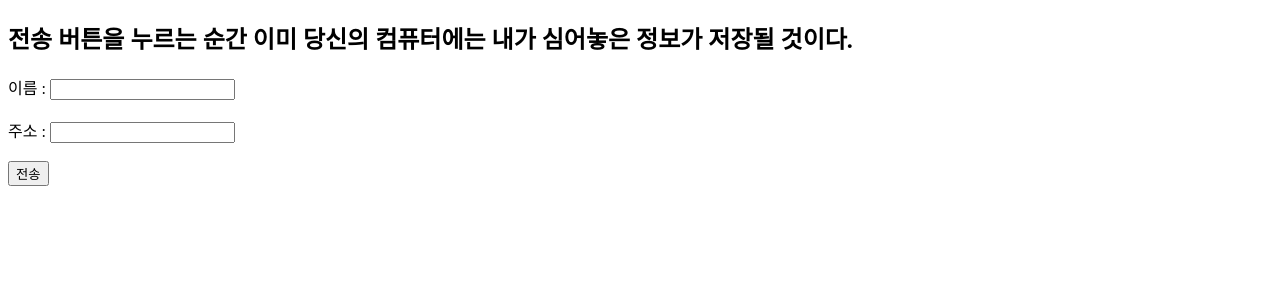
Repository: kong980/EclipseWork
Page: ServletTest3/src/main/webapp/cookie.html
An editor plug-in stored every save of this project. The page is shown before and after the next save, followed by the edit.
The browser window is 1280 px wide. The pictures show the whole page.

Above is the page before, as saved 2023-09-15 06:13:03.

### ServletTest3/src/main/webapp/cookie.html
<!DOCTYPE html>
<html>
<head>
<meta charset="UTF-8">
<title>Insert title here</title>
</head>
<body>
	<h2>전송 버튼을 누르는 순간 이미 당신의 컴퓨터에는 내가 심어놓은 정보가 저장될 것이다.</h2>

	<form method="post" action="/ServletTest3/cook.action">
		이름 : <input type="text" name="name" /><br><br>
		주소 : <input type="text" name="addr" /><br><br>
		<input type="submit" value="전송" />
	</form>
</body>
</html>

After the next save:
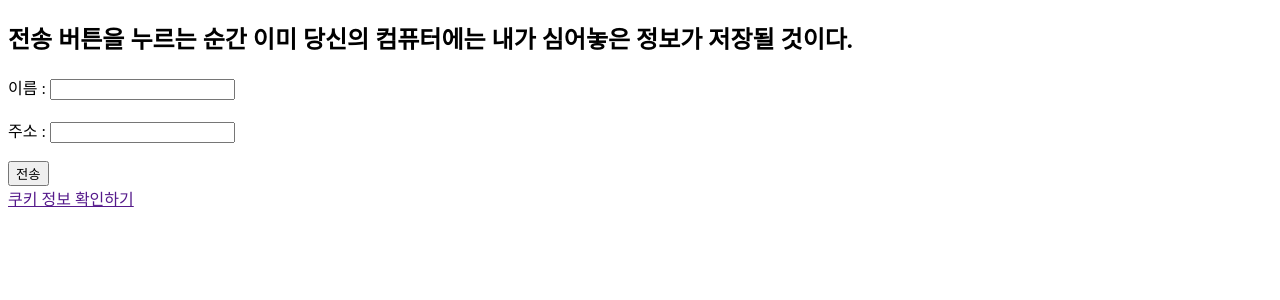
Saved 3 min 28 s later.
--- a/ServletTest3/src/main/webapp/cookie.html
+++ b/ServletTest3/src/main/webapp/cookie.html
@@ -12,5 +12,7 @@
 		주소 : <input type="text" name="addr" /><br><br>
 		<input type="submit" value="전송" />
 	</form>
+
+	<a href="">쿠키 정보 확인하기</a>
 </body>
 </html>
